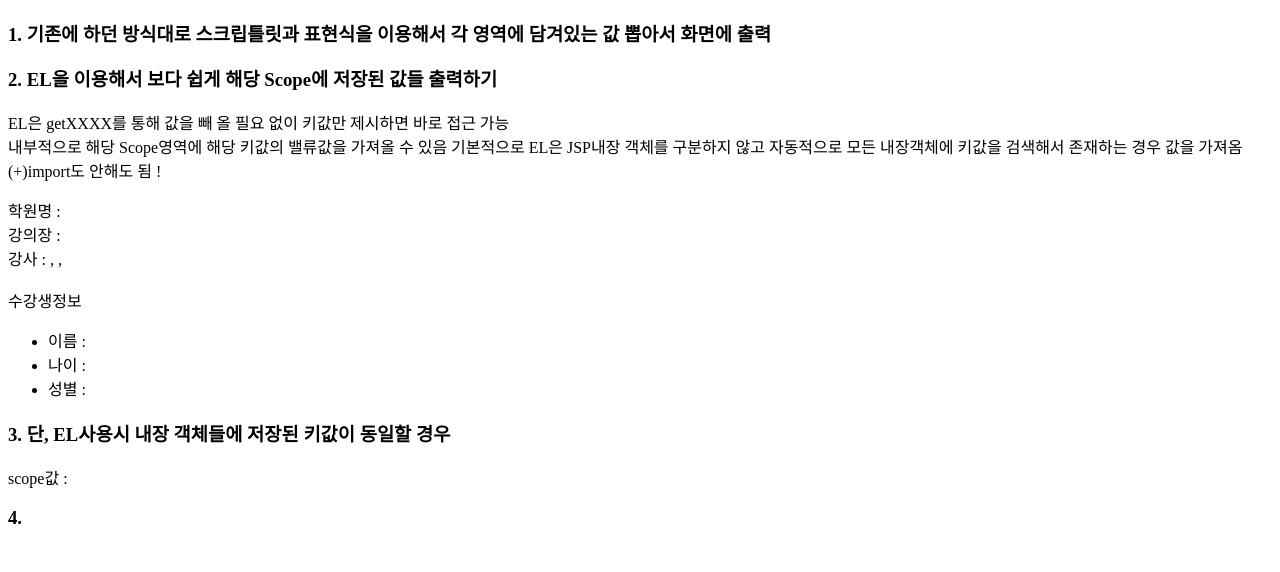
Repository: Young-27/DailyStudy
Page: http://localhost/actionProject/views/1_EL/01_el.jsp
An editor plug-in stored every save of this project. The page is shown before and after the next save, followed by the edit.
The browser window is 1280 px wide. The pictures show the whole page.
The page is served by Tomcat 9. The template is opened directly, without the code that normally fills it, so the values that code supplies are empty.

Above is the page before, as saved 2021-06-16 08:49:37.

After the next save:
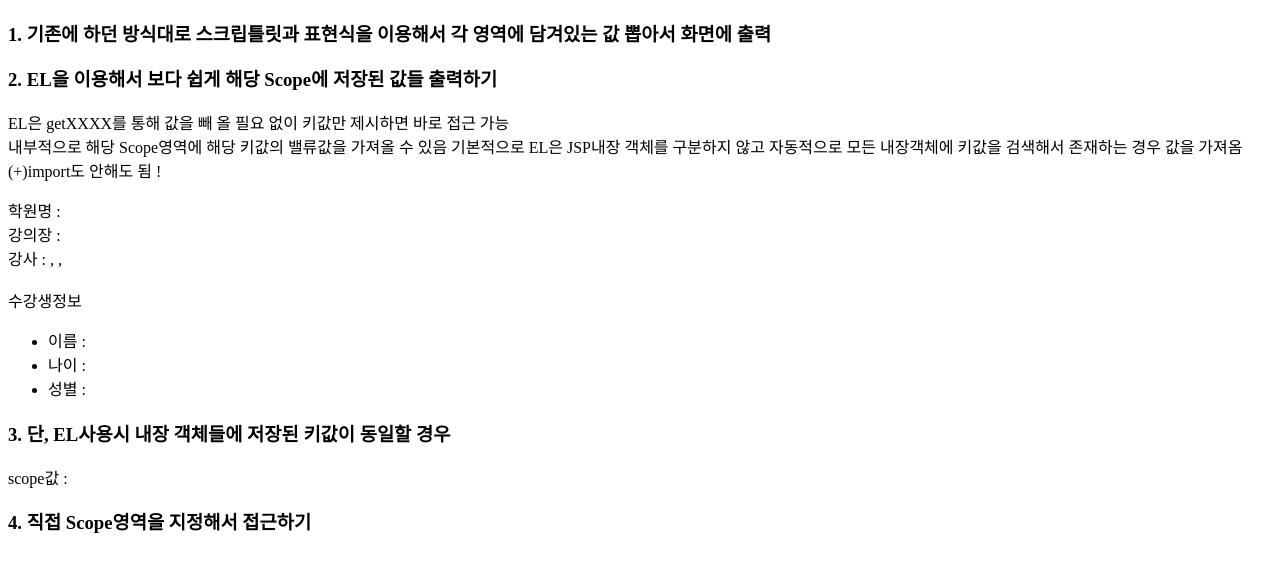
Saved 39 s later.
--- a/Server/web-workspace2/actionProject/WebContent/views/1_EL/01_el.jsp
+++ b/Server/web-workspace2/actionProject/WebContent/views/1_EL/01_el.jsp
@@ -62,12 +62,13 @@
 	scope값 : ${ scope } <br>
 	<!--
 		EL은 공유범위가 제일 작은 Scope에서부터 해당 키값을 검색함
-		page => request => application
+		page => request => session => application
 
 		만일, 모든 영역에서 못찾을경우? => 아무것도 출력안됨 (오류안남)
 	 -->
 
-	 <h3>4. </h3>
+	 <h3>4. 직접 Scope영역을 지정해서 접근하기</h3>
+
 
 
 
